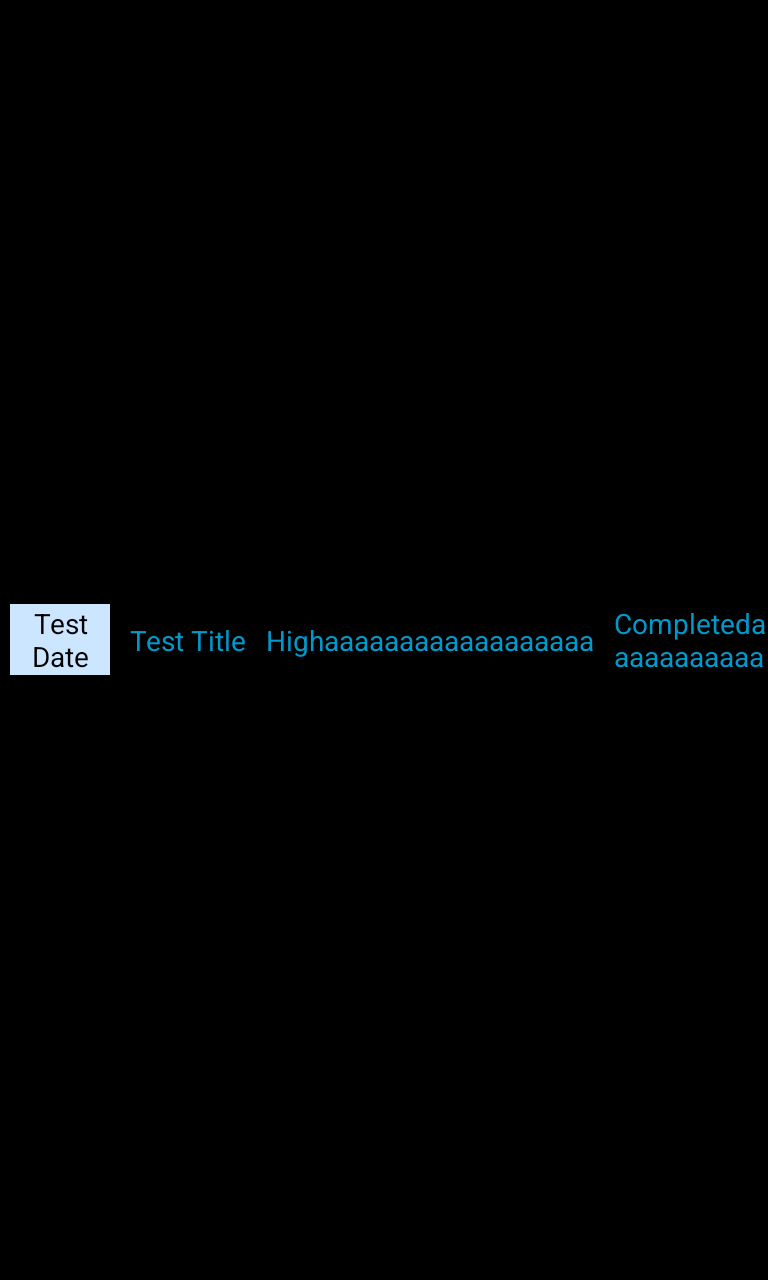
Repository: titango/androidass1
Layout: uTask/res/layout/task_list_item.xml
An editor plug-in stored every save of this project. The layout is shown before and after the next save, followed by the edit.
It is drawn on a 768 x 1280 px phone screen (xhdpi) without system bars, with theme NoActionBar; the app's code is not run.

Above is the layout before, as saved 2013-03-31 23:39:36.

### uTask/res/layout/task_list_item.xml
<?xml version="1.0" encoding="utf-8"?>
<LinearLayout xmlns:android="http://schemas.android.com/apk/res/android"
    android:layout_width="wrap_content"
    android:layout_height="wrap_content"
    android:gravity="left|center"
    android:paddingBottom="5dp"
    android:paddingLeft="5dp"
    android:paddingTop="5dp" >

    <TextView
        android:id="@+id/task_list_item_date"
        android:layout_width="50dp"
        android:layout_height="wrap_content"
        android:background="@color/lightblue"
        android:gravity="center"
        android:text="Test Date"
        android:textColor="@color/black" >
    </TextView>

    <TextView
        android:id="@+id/task_list_item_title"
        android:layout_width="wrap_content"
        android:layout_height="wrap_content"
        android:layout_marginLeft="10dp"
        android:text="Test Title"
        android:textColor="#0099CC" >
    </TextView>

    <TextView
        android:id="@+id/task_list_item_priority"
        android:layout_width="wrap_content"
        android:layout_height="wrap_content"
        android:layout_marginLeft="10dp"
        android:text="Highaaaaaaaaaaaaaaaaaa"
        android:textColor="#0099CC" >
    </TextView>

    <TextView
        android:id="@+id/task_list_item_status"
        android:layout_width="wrap_content"
        android:layout_height="wrap_content"
        android:layout_marginLeft="10dp"
        android:text="Completedaaaaaaaaaaa"
        android:textColor="#0099CC" >
    </TextView>

</LinearLayout>

### uTask/res/values/colors.xml
<?xml version="1.0" encoding="utf-8"?>
<resources>
    <color name="white">#FFFFFF</color>
    <color name="black">#000000</color>
    <color name="darkblue">#0000A0</color>
    <color name="lightblue">#CCE6FF</color>
    <color name="lightyellow">#FFFFCC</color>
    <color name="superlightyellow">#FFFFE5</color>
    <color name="lightorange">#FFCC33</color>
    <color name="darkorange">#FFBF00</color>
    <color name="lowlightgreen">#00FF99</color>

</resources>

Loaded but not shown: uTask/res/values/styles.xml (common file)

After the next save:
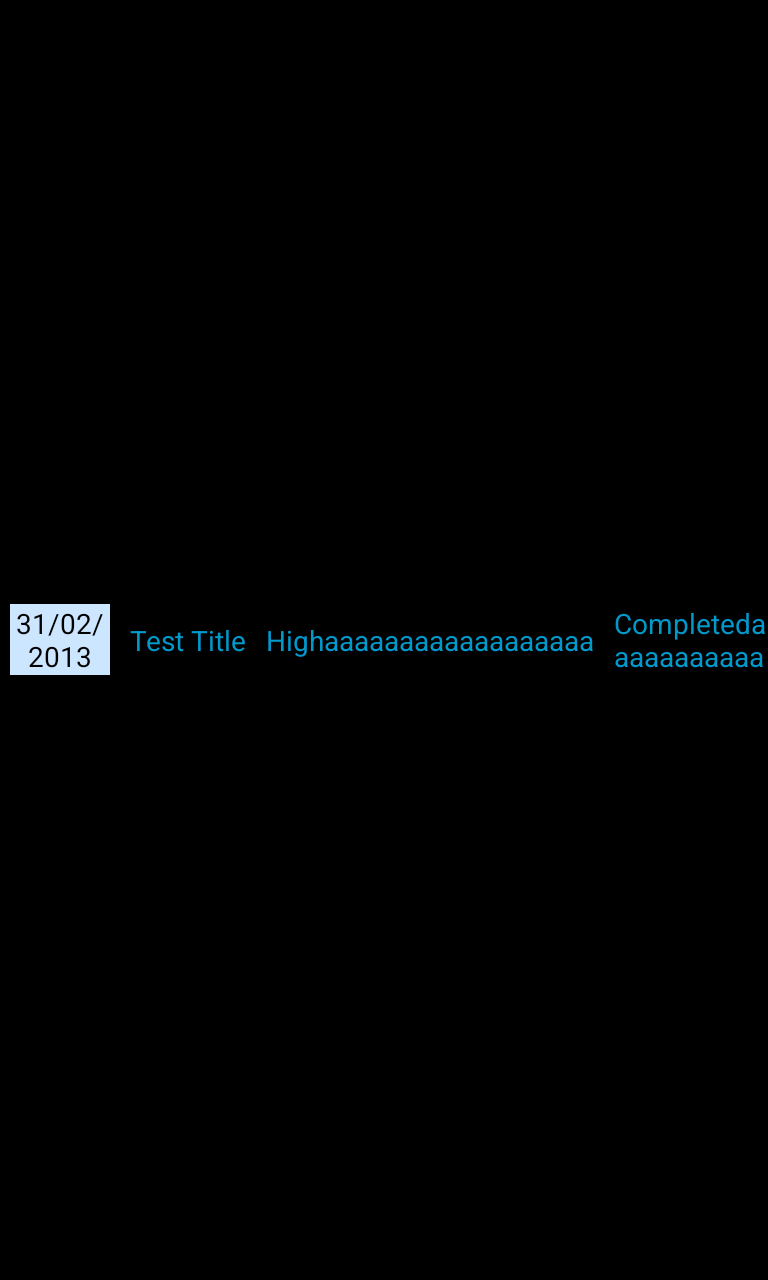
Saved 6 s later.
--- a/uTask/res/layout/task_list_item.xml
+++ b/uTask/res/layout/task_list_item.xml
@@ -13,7 +13,7 @@
         android:layout_height="wrap_content"
         android:background="@color/lightblue"
         android:gravity="center"
-        android:text="Test Date"
+        android:text="31/02/2013"
         android:textColor="@color/black" >
     </TextView>
 
